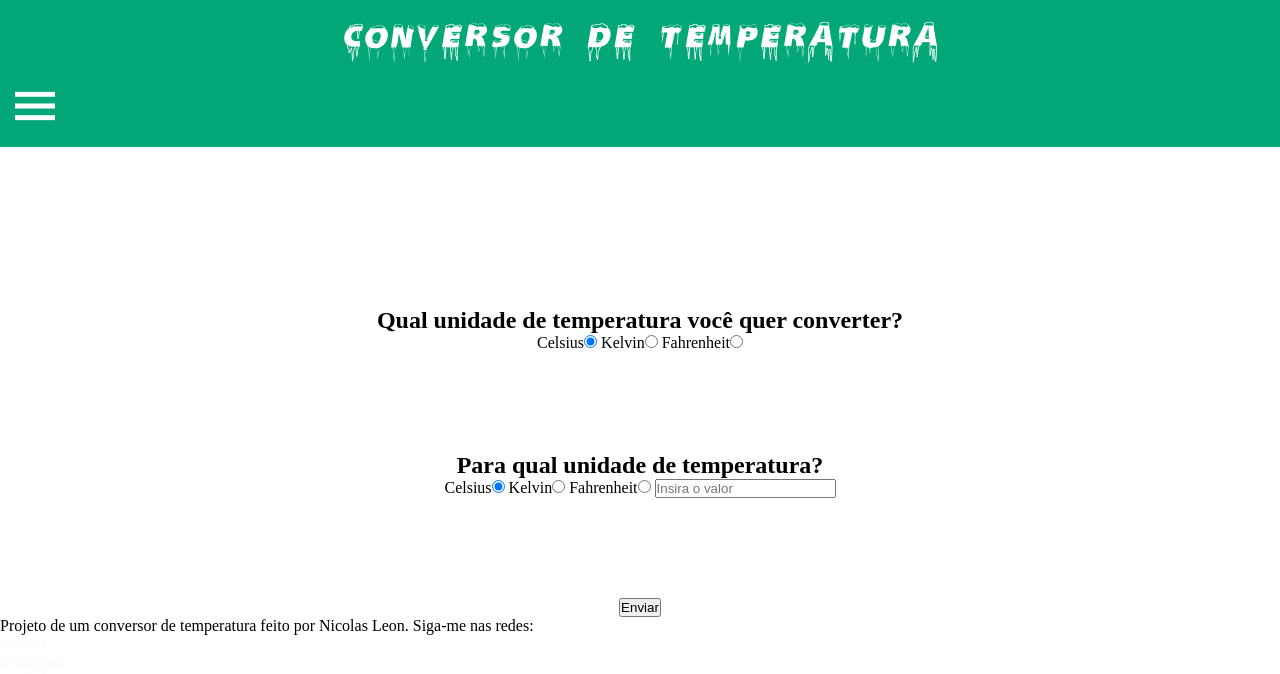
Repository: Leonngc/Conversor-de-temperatura
Page: index.html
The author's editor kept a copy of each file at every save. The page is drawn from the files as they stood at one save, then again after the next save.
The browser window is 1280 px wide. The pictures show the whole page.
Some web libraries are served in a nearby version.

Above is the page before, as saved 2023-02-10 23:18:44.

After the next save:
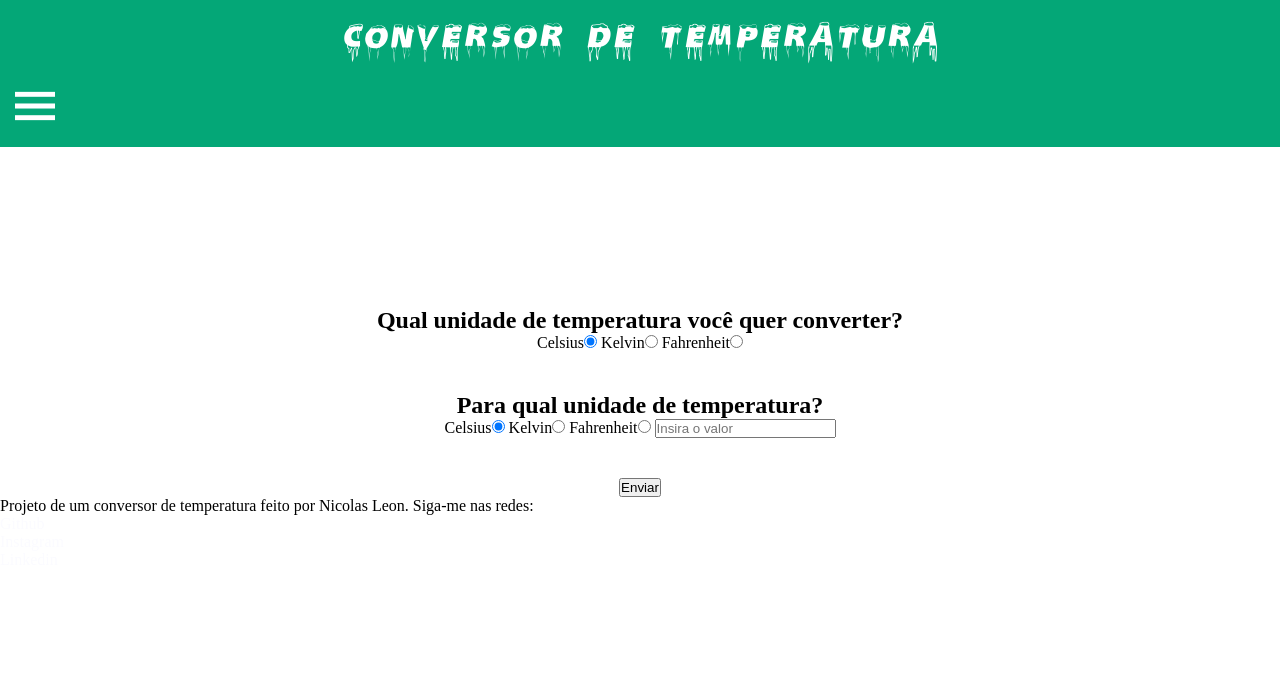
Saved 6 s later.
--- a/style.css
+++ b/style.css
@@ -77,5 +77,5 @@ main{
 }
 
 form{
-    margin: 100px;
+    margin: 40px;
 }
